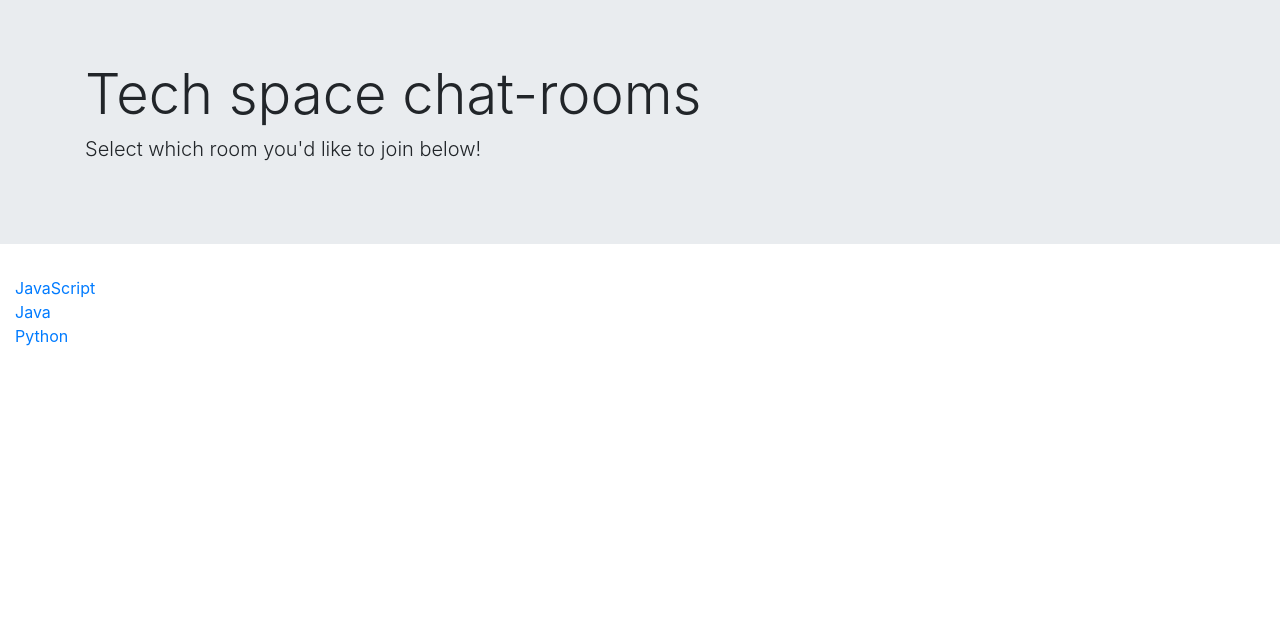
Repository: K-TT/ChatRoom
Page: public/index.html
The author's editor kept a copy of each file at every save. The page is drawn from the files as they stood at one save, then again after the next save.
The browser window is 1280 px wide. The pictures show the whole page.
Some web libraries are served in a nearby version.

Above is the page before, as saved 2022-02-20 16:48:57.

After the next save:
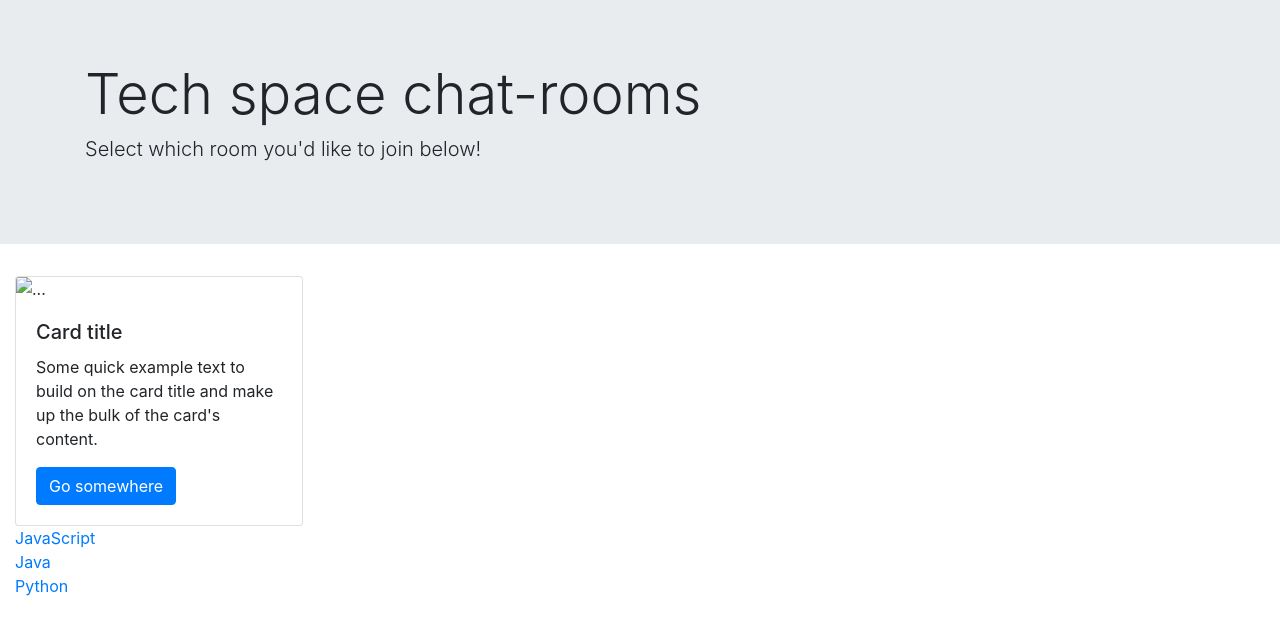
Not found: public/...
Saved 77 s later.
--- a/public/index.html
+++ b/public/index.html
@@ -18,6 +18,14 @@
         </div>
     </div>
     <div class="container-fluid">
+        <div class="card" style="width: 18rem;">
+            <img src="..." class="card-img-top" alt="...">
+            <div class="card-body">
+                <h5 class="card-title">Card title</h5>
+                <p class="card-text">Some quick example text to build on the card title and make up the bulk of the card's content.</p>
+                <a href="#" class="btn btn-primary">Go somewhere</a>
+            </div>
+        </div>
         <ul class='list-group' col>
             <a href="/javascript">
                 <li class="list-group">JavaScript</li>
